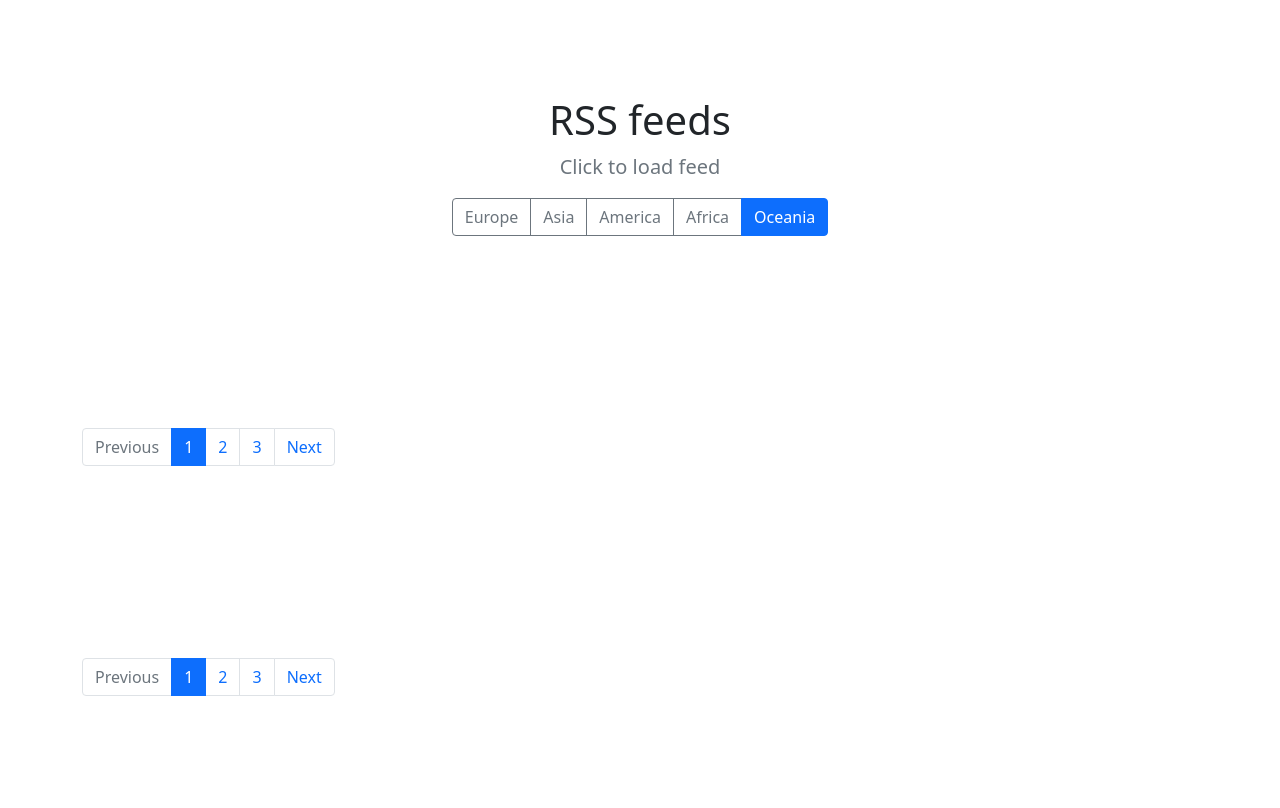
Repository: lilit1121/Templating-DOM-manipulation-and-data-processing
Page: oceania.html
These files come from the project's save history. The page is drawn as it stood at one moment and after the next save; the edit follows.
The browser window is 1280 px wide. The pictures show the whole page.
The page's requests for data from a server got no answer.

Above is the page before, as saved 2023-02-09 16:12:13.
Console error: TypeError: Cannot read properties of null (reading 'style')

### oceania.html
<!DOCTYPE html>
<html lang="en">
  <!-- https://restcountries.com/ -->
  <head>
    <meta charset="UTF-8" />
    <meta http-equiv="X-UA-Compatible" content="IE=edge" />
    <meta name="viewport" content="width=device-width, initial-scale=1.0" />
    <link rel="stylesheet" href="styles.css" />
    <link
      href="https://cdn.jsdelivr.net/npm/bootstrap@5.0.2/dist/css/bootstrap.min.css"
      rel="stylesheet"
      integrity="sha384-EVSTQN3/azprG1Anm3QDgpJLIm9Nao0Yz1ztcQTwFspd3yD65VohhpuuCOmLASjC"
      crossorigin="anonymous"
    />
    <script
      src="https://cdn.jsdelivr.net/npm/bootstrap@5.0.2/dist/js/bootstrap.bundle.min.js"
      integrity="sha384-MrcW6ZMFYlzcLA8Nl+NtUVF0sA7MsXsP1UyJoMp4YLEuNSfAP+JcXn/tWtIaxVXM"
      crossorigin="anonymous"
    ></script>
    <title>Templating, DOM manipulation and data processing</title>
  </head>
  <body>
    <section class="py-5 text-center container">
      <div class="row py-lg-5">
        <div class="col-lg-6 col-md-8 mx-auto">
          <h1 class="fw-light">RSS feeds</h1>
          <p class="lead text-muted">Click to load feed</p>
          <div class="btn-group">
            <a href="./europe.html#" class="btn btn-outline-secondary">Europe</a>
            <a href="./asia.html#" class="btn btn-outline-secondary">Asia</a>
            <a href="./americas.html#" class="btn btn-outline-secondary">America</a>
            <a href="./africa.html#" class="btn btn-outline-secondary">Africa</a>
            <a href="./oceania.html#" class="btn btn-primary">Oceania</a>
          </div>
        </div>
      </div>
    </section>

    <!-- Pagination -->
    <section class="py-5 text-center container">
      <div class="row py-lg-5">
        <nav>
          <ul class="pagination">
            <li class="page-item disabled">
              <a class="page-link">Previous</a>
            </li>
            <li class="page-item active">
              <a class="page-link" href="#">1</a>
            </li>
            <li class="page-item">
              <a class="page-link" href="#">2</a>
            </li>
            <li class="page-item"><a class="page-link" href="#">3</a></li>
            <li class="page-item">
              <a class="page-link" href="#">Next</a>
            </li>
          </ul>
        </nav>
      </div>
    </section>

    <div class="container">
      <!-- Loading state UI -->
      <div class="alert alert-secondary visually-hidden">Loading...</div>

      <!-- Error state UI -->
      <div class="alert alert-danger visually-hidden">
        <h5>Unable to load feed</h5>
        <!-- Show error message, if applicable -->
        Feed could not be converted, probably not a valid RSS feed.<br />
        <small><a href="#">Open feed in a new tab</a></small>
      </div>

      <!-- Feed (Show no more than 5 posts per page) -->
      <div
        id="main_container"
        class="row row-cols-1 row-cols-sm-2 row-cols-md-3 g-3"
      ></div>
    </div>

    <!-- Pagination -->
    <section class="py-5 text-center container">
      <div class="row py-lg-5">
        <nav>
          <ul class="pagination">
            <li class="page-item disabled">
              <a class="page-link">Previous</a>
            </li>
            <li class="page-item active">
              <a class="page-link" href="#">1</a>
            </li>
            <li class="page-item">
              <a class="page-link" href="#">2</a>
            </li>
            <li class="page-item"><a class="page-link" href="#">3</a></li>
            <li class="page-item">
              <a class="page-link" href="#">Next</a>
            </li>
          </ul>
        </nav>
      </div>
    </section>
    <script src="./script.js"></script>
  </body>
</html>

### styles.css

.card-text {
    display: -webkit-box;
    -webkit-box-orient: vertical;
    -webkit-line-clamp: 4;
    overflow: hidden;
  }
#error{
  display: none;
  justify-content: center;
  color: red;
}

### script.js
const main_container = document.getElementById("main_container");
const content_section = document.getElementById("content_section");
const page_item = document.querySelectorAll(".page-item");
const loadding = document.getElementById("loadding");
const error = document.getElementById("error");
let countriesData;
let sliceStart = 0;
let currentPage = 1;



page_item.forEach((el) => {
  el.addEventListener("click", (event) => {
    changePage(event);
  });
});

function changePage(e) {
  if (e.target.innerText === "Next" && sliceStart < 10) {
    sliceStart += 5;
    currentPage = (sliceStart - 5) / 5 + 2;
  } else if (e.target.innerText === "Previous" && sliceStart > 0) {
    sliceStart -= 5;
    currentPage = (sliceStart + 5) / 5;
  } else if (
    e.target.innerText === "1" ||
    e.target.innerText === "2" ||
    e.target.innerText === "3"
  ) {
    currentPage = +e.target.innerText;
    sliceStart = (+e.target.innerText - 1) * 5;
  }
  page_item.forEach((el) => {
    el.classList.remove("active");
    el.classList.remove("disabled");
    if (currentPage === +el.innerText) el.classList.add("active");
    else if (currentPage === 1 && el.innerText === "Previous")
      el.classList.add("disabled");
    else if (currentPage === 3 && el.innerText === "Next")
      el.classList.add("disabled");
  });
  showCountrys(countriesData, sliceStart);
}

function showCountrys(countriesData, sliceStart) {
  let countrys = countriesData.slice(sliceStart, sliceStart + 5);
  content_section.innerHTML = "";
  for (let i = 0; i < countrys.length; i++) {
    content_section.innerHTML += `<div id="content_section" class="col">
    <div class="card shadow-sm">
      <img src=${countrys[i].flags.png} />
      <div class="card-body">
        <h4>
          Country: ${countrys[i].name.official}
        </h4>
        <h5>
          Country: ${countrys[i].capital ? countrys[i].capital[0] : undefined}
        </h5>
        <p class="card-text">
          <small
            >Population: ${countrys[i].population}</small
          >
        </p>
        <p><a href="#">Read more &rarr;</a></p>
        <div class="d-flex justify-content-between align-items-center">
          <!-- Format date appropriately as per browser/device region format -->
          <small class="text-muted">Dec 10, 2021</small>
        </div>
      </div>
    </div>
    </div>  `;
  }
}

(async function getCountriesDataByRegion() {
  loadding.style.display = "contents";
  main_container.style.display = "none";
  await fetch(
    `https://restcountries.com/v3.1/region/${
      window.location.pathname.slice(1).split(".")[0]
    }`
  )
    .then((res) => res.json())
    .then((data) => {
      countriesData = data.slice(0, 15);
      showCountrys(countriesData, sliceStart);
      main_container.style.display = "block";
    })
    .catch(() => (error.style.display = "flex"));

  loadding.style.display = "none";
})();

After the next save:
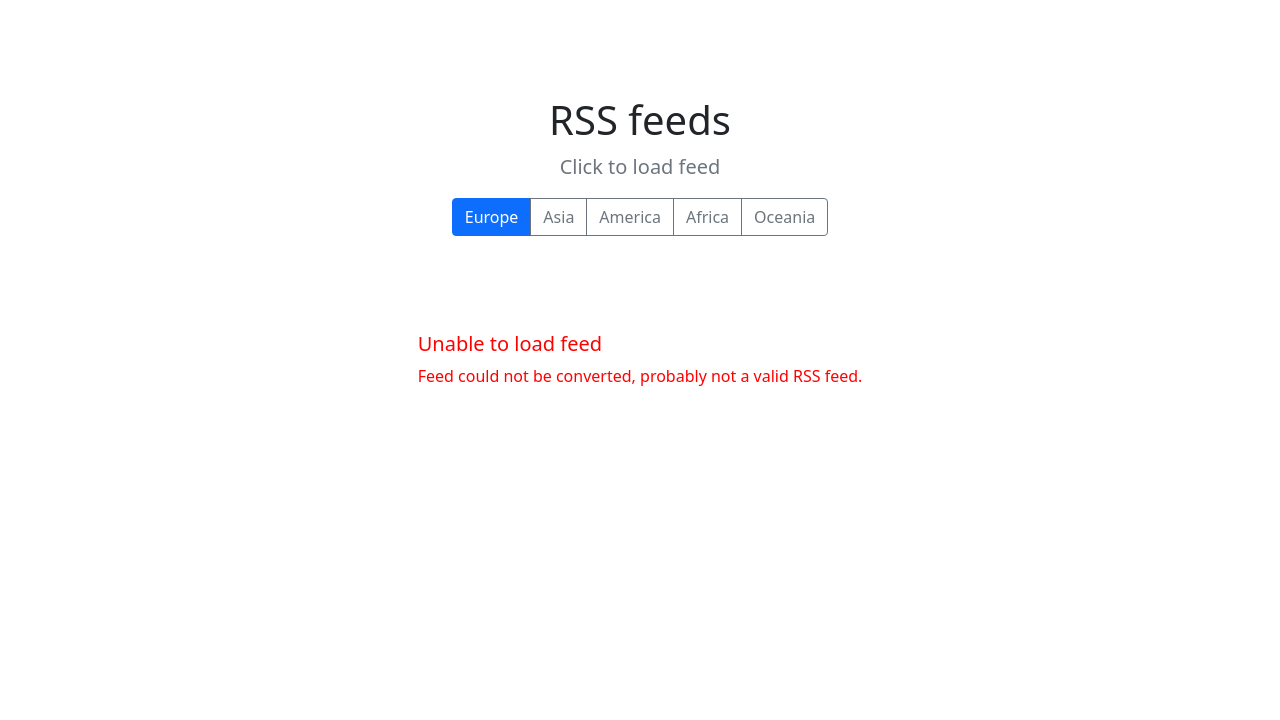
The error is gone.
Saved 4 s later.
--- a/oceania.html
+++ b/oceania.html
@@ -1,7 +1,6 @@
 <!DOCTYPE html>
 <html lang="en">
-  <!-- https://restcountries.com/ -->
-  <head>
+   <head>
     <meta charset="UTF-8" />
     <meta http-equiv="X-UA-Compatible" content="IE=edge" />
     <meta name="viewport" content="width=device-width, initial-scale=1.0" />
@@ -26,15 +25,94 @@
           <h1 class="fw-light">RSS feeds</h1>
           <p class="lead text-muted">Click to load feed</p>
           <div class="btn-group">
-            <a href="./europe.html#" class="btn btn-outline-secondary">Europe</a>
+            <a href="./europe.html#" class="btn btn-primary">Europe</a>
             <a href="./asia.html#" class="btn btn-outline-secondary">Asia</a>
-            <a href="./americas.html#" class="btn btn-outline-secondary">America</a>
-            <a href="./africa.html#" class="btn btn-outline-secondary">Africa</a>
-            <a href="./oceania.html#" class="btn btn-primary">Oceania</a>
+            <a href="./americas.html#" class="btn btn-outline-secondary"
+              >America</a
+            >
+            <a href="./africa.html#" class="btn btn-outline-secondary"
+              >Africa</a
+            >
+            <a href="./oceania.html#" class="btn btn-outline-secondary"
+              >Oceania</a
+            >
           </div>
         </div>
       </div>
     </section>
+
+
+    <!-- Loading state UI -->
+    <div id="loadding" class="visually-hidden">
+      <svg
+      xmlns="http://www.w3.org/2000/svg"
+      xmlns:xlink="http://www.w3.org/1999/xlink"
+      style="margin: auto; background: #fff; display: block"
+      width="200px"
+      height="200px"
+      viewBox="0 0 100 100"
+      preserveAspectRatio="xMidYMid"
+    >
+      <circle
+        cx="50"
+        cy="50"
+        r="32"
+        stroke-width="8"
+        stroke="#416cff"
+        stroke-dasharray="50.26548245743669 50.26548245743669"
+        fill="none"
+        stroke-linecap="round"
+      >
+        <animateTransform
+          attributeName="transform"
+          type="rotate"
+          repeatCount="indefinite"
+          dur="1s"
+          keyTimes="0;1"
+          values="0 50 50;360 50 50"
+        ></animateTransform>
+      </circle>
+    </svg>
+  </div>
+
+    <!-- Error state UI -->
+    <div id="error">
+      <div>
+      <h5>Unable to load feed</h5>
+      <!-- Show error message, if applicable -->
+      Feed could not be converted, probably not a valid RSS feed.<br />
+    </div>
+  </div>
+    <!-- Pagination -->
+    <div  id="main_container" class="container">
+    <section class="py-5 text-center container">
+      <div class="row py-lg-5">
+        <nav>
+          <ul class="pagination">
+            <li class="page-item disabled">
+              <a class="page-link">Previous</a>
+            </li>
+            <li class="page-item active">
+              <a class="page-link" href="#">1</a>
+            </li>
+            <li class="page-item">
+              <a class="page-link" href="#">2</a>
+            </li>
+            <li class="page-item"><a class="page-link" href="#">3</a></li>
+            <li class="page-item">
+              <a class="page-link" href="#">Next</a>
+            </li>
+          </ul>
+        </nav>
+      </div>
+    </section>
+
+      <!-- Feed (Show no more than 5 posts per page) -->
+      <div
+       id="content_section"
+        class="row row-cols-1 row-cols-sm-2 row-cols-md-3 g-3"
+      ></div>
+
 
     <!-- Pagination -->
     <section class="py-5 text-center container">
@@ -57,48 +135,7 @@
           </ul>
         </nav>
       </div>
-    </section>
-
-    <div class="container">
-      <!-- Loading state UI -->
-      <div class="alert alert-secondary visually-hidden">Loading...</div>
-
-      <!-- Error state UI -->
-      <div class="alert alert-danger visually-hidden">
-        <h5>Unable to load feed</h5>
-        <!-- Show error message, if applicable -->
-        Feed could not be converted, probably not a valid RSS feed.<br />
-        <small><a href="#">Open feed in a new tab</a></small>
-      </div>
-
-      <!-- Feed (Show no more than 5 posts per page) -->
-      <div
-        id="main_container"
-        class="row row-cols-1 row-cols-sm-2 row-cols-md-3 g-3"
-      ></div>
     </div>
-
-    <!-- Pagination -->
-    <section class="py-5 text-center container">
-      <div class="row py-lg-5">
-        <nav>
-          <ul class="pagination">
-            <li class="page-item disabled">
-              <a class="page-link">Previous</a>
-            </li>
-            <li class="page-item active">
-              <a class="page-link" href="#">1</a>
-            </li>
-            <li class="page-item">
-              <a class="page-link" href="#">2</a>
-            </li>
-            <li class="page-item"><a class="page-link" href="#">3</a></li>
-            <li class="page-item">
-              <a class="page-link" href="#">Next</a>
-            </li>
-          </ul>
-        </nav>
-      </div>
     </section>
     <script src="./script.js"></script>
   </body>
